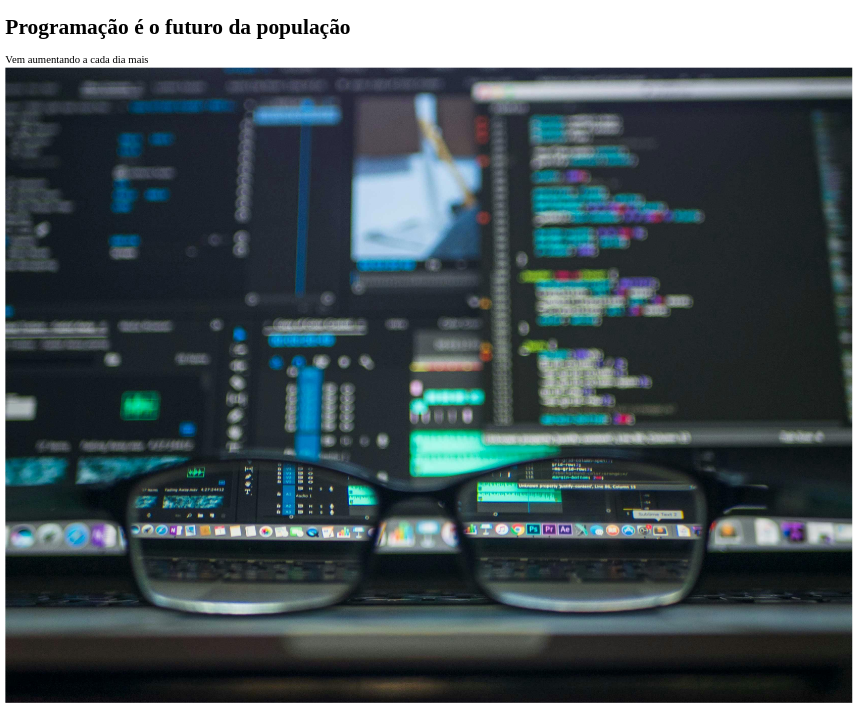
Repository: Caiquedev123/Sites
Page: index.html
The author's editor kept a copy of each file at every save. The page is drawn from the files as they stood at one save, then again after the next save.
The browser window is 1280 px wide. The pictures show the whole page, at 67% of full size.

Above is the page before, as saved 2024-07-22 14:08:48.

After the next save:
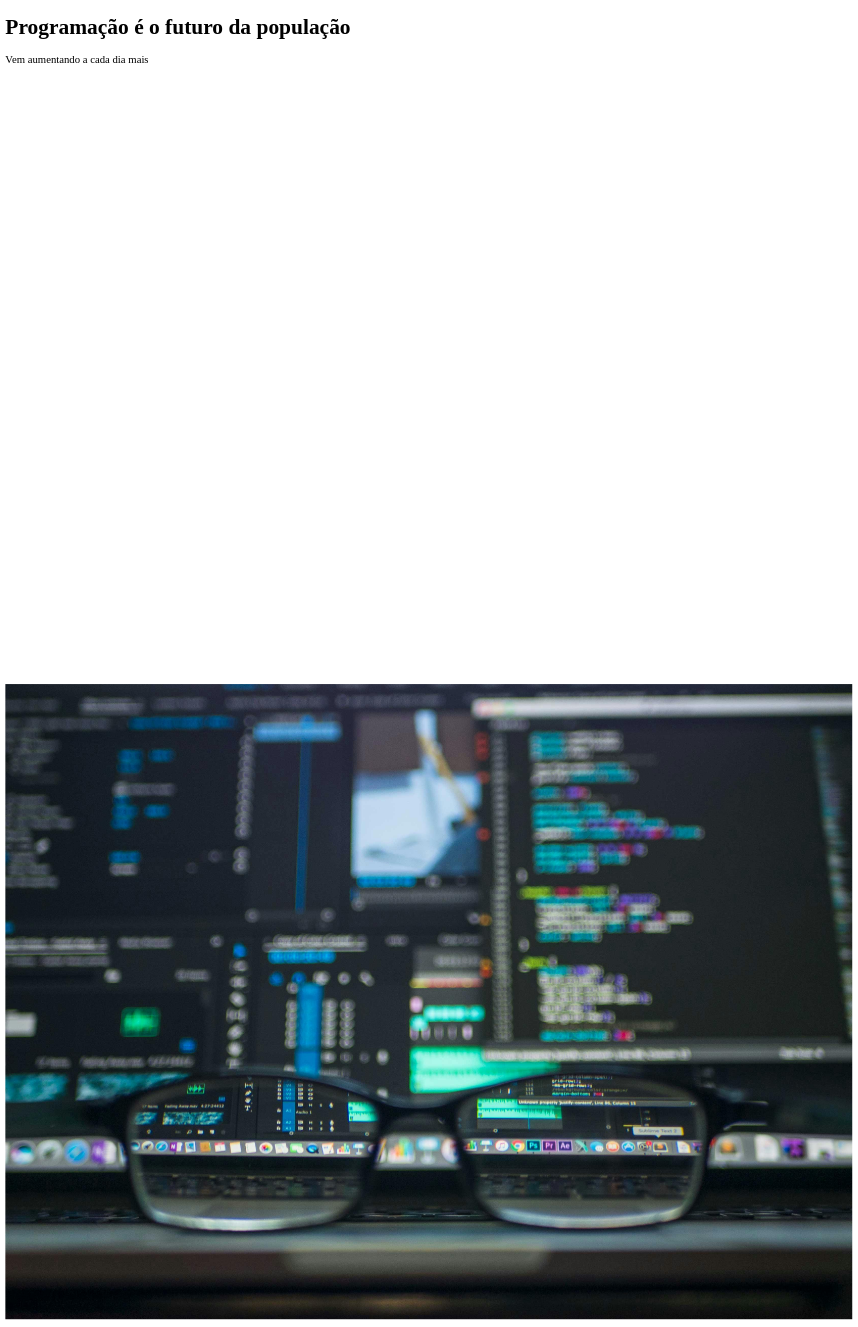
Saved 5 s later.
--- a/style.css
+++ b/style.css
@@ -1,7 +1,7 @@
 body{background-color: rgb(255, 255, 255);}
 
 .container{
-    height: 80px;
+    height: 1000px;
 }
 
 img{
